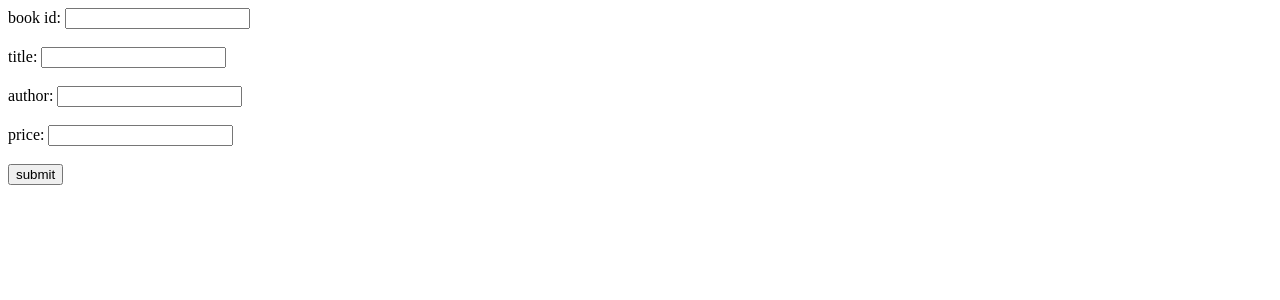
Repository: Saikumar6901/DBSTrainingModules
Page: http://localhost/Bookmanagement/jsps/updatedetails.jsp
These files come from the project's save history. The page is drawn as it stood at one moment and after the next save; the edit follows.
The browser window is 1280 px wide. The pictures show the whole page.
The page is served by Tomcat 9.

Above is the page before, as saved 2019-08-16 16:36:44.

After the next save:
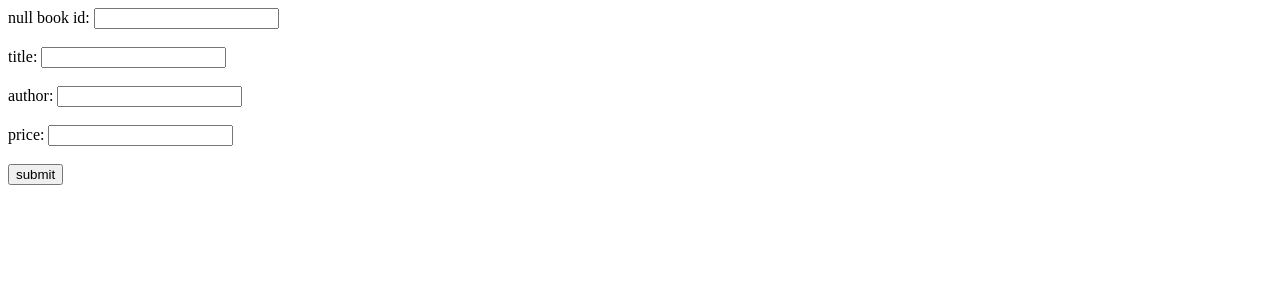
Saved 21 s later.
--- a/eclipse/Bookmanagement/WebContent/jsps/updatedetails.jsp
+++ b/eclipse/Bookmanagement/WebContent/jsps/updatedetails.jsp
@@ -8,7 +8,7 @@
 </head>
 <body>
 <form action="../Servletcontroller">
-<%request.getParameter("bookid");%>
+<%out.println(request.getParameter("bookid"));%>
  book id: <input type="number" name="bookid"  value="<%request.getParameter("bookid"); %>" required><br></br>
  title: <input type="text" name="title" required><br></br>
  author: <input type="text" name="author" required><br></br>
